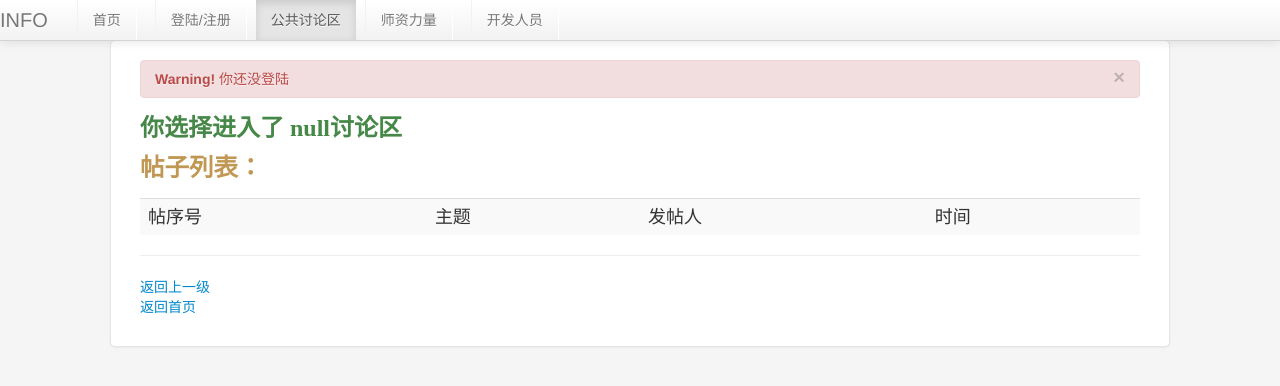
Repository: hbisheng/Academic-portal-website
Page: http://localhost/NewInfo/discussion/posts.jsp
The author's editor kept a copy of each file at every save. The page is drawn from the files as they stood at one save, then again after the next save.
The browser window is 1280 px wide. The pictures show the whole page.
The page is served by Tomcat 9. Queries for data that is not in the repository find no rows.

Above is the page before, as saved 2014-09-21 21:29:35.
Not found: Java_info/NewInfo/NewInfo/discussion/assets/css/docs.css

After the next save:
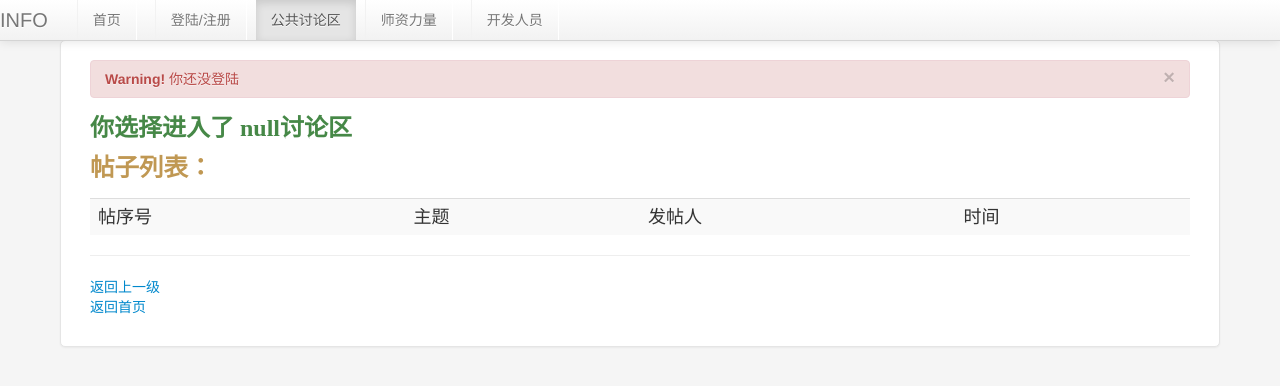
Saved 63 s later.
--- a/Java_info/NewInfo/WebContent/discussion/posts.jsp
+++ b/Java_info/NewInfo/WebContent/discussion/posts.jsp
@@ -18,7 +18,7 @@
       }
 
       .form-signin {
-        max-width: 1000px;
+        max-width: 1100px;
         padding: 19px 29px 29px;
         margin: 0 auto 20px;
         background-color: #fff;
